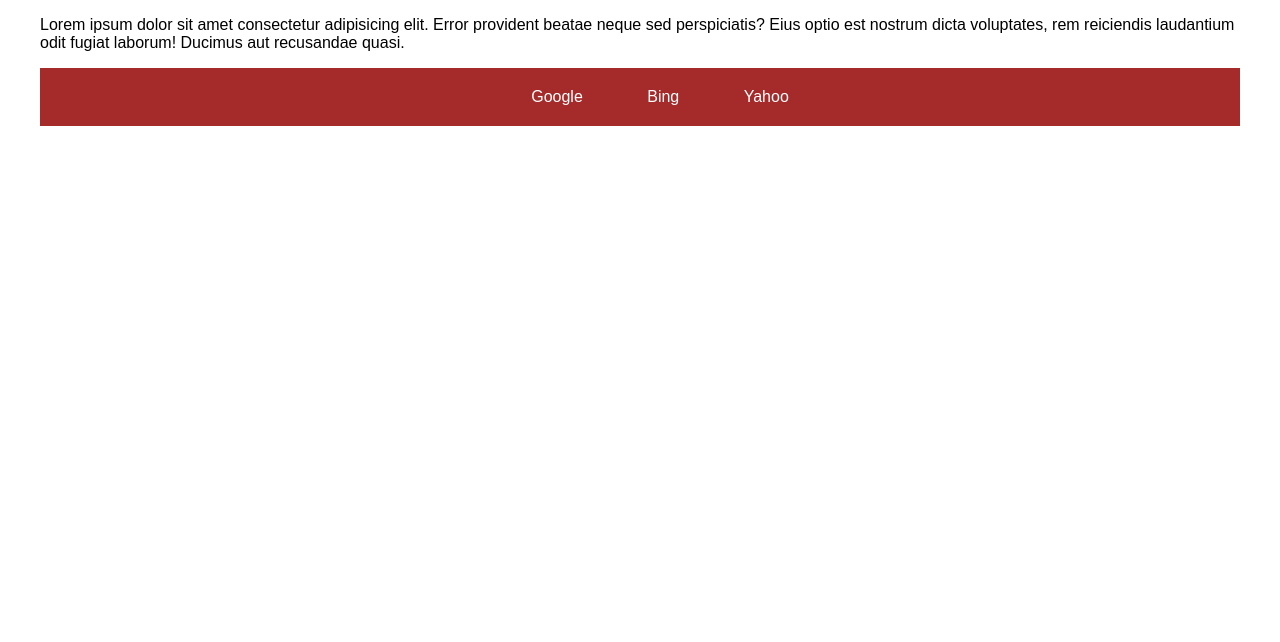
Repository: jyothika123/portfolio
Page: index.html
These files come from the project's save history. The page is drawn as it stood at one moment and after the next save; the edit follows.
The browser window is 1280 px wide. The pictures show the whole page.

Above is the page before, as saved 2024-09-22 12:38:04.

After the next save:
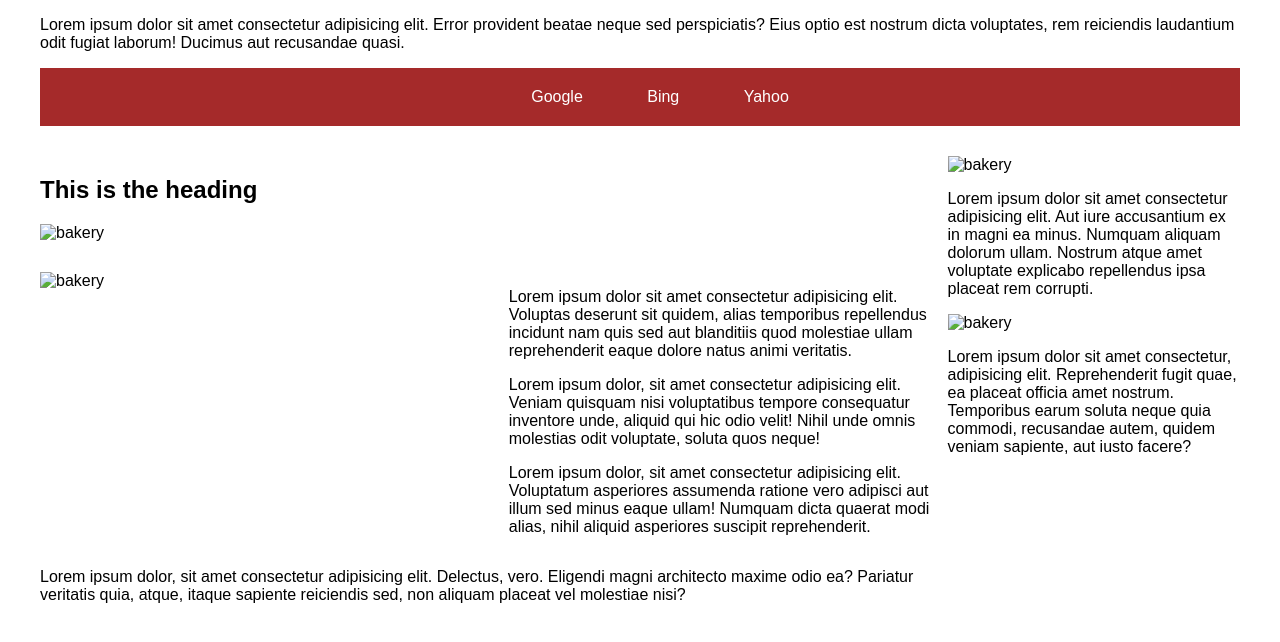
Not found: images/bak.jpg
Not found: images/bak2.jpg
Not found: images/bakery2.jpg
Saved 74 min 14 s later.
--- a/index.html
+++ b/index.html
@@ -3,7 +3,7 @@
 <head>
     <meta charset="UTF-8">
     <meta name="viewport" content="width=device-width, initial-scale=1.0">
-    <title>Resume</title>
+    <title>Jyothika Ganga Dayal</title>
     <link rel="stylesheet" href="./css/style.css">
 </head>
 <body class="container">
@@ -24,7 +24,29 @@
         </ul>
     </nav>
     <main>
-
+        <section class="box4">
+            <div>
+                <h1>This is the heading</h1>
+                <img src="images/bak.jpg" alt="bakery">
+                <section class="box1">
+                    <div>
+                        <img src="images/bakery2.jpg" alt="bakery">
+                    </div>
+                    <div>
+                        <p>Lorem ipsum dolor sit amet consectetur adipisicing elit. Voluptas deserunt sit quidem, alias temporibus repellendus incidunt nam quis sed aut blanditiis quod molestiae ullam reprehenderit eaque dolore natus animi veritatis.</p>
+                        <p>Lorem ipsum dolor, sit amet consectetur adipisicing elit. Veniam quisquam nisi voluptatibus tempore consequatur inventore unde, aliquid qui hic odio velit! Nihil unde omnis molestias odit voluptate, soluta quos neque!</p>
+                        <p>Lorem ipsum dolor, sit amet consectetur adipisicing elit. Voluptatum asperiores assumenda ratione vero adipisci aut illum sed minus eaque ullam! Numquam dicta quaerat modi alias, nihil aliquid asperiores suscipit reprehenderit.</p>
+                    </div>
+                </section>
+                <p>Lorem ipsum dolor, sit amet consectetur adipisicing elit. Delectus, vero. Eligendi magni architecto maxime odio ea? Pariatur veritatis quia, atque, itaque sapiente reiciendis sed, non aliquam placeat vel molestiae nisi?</p>
+            </div>
+            <div>
+                <img src="images/bak2.jpg" alt="bakery">
+                <p>Lorem ipsum dolor sit amet consectetur adipisicing elit. Aut iure accusantium ex in magni ea minus. Numquam aliquam dolorum ullam. Nostrum atque amet voluptate explicabo repellendus ipsa placeat rem corrupti.</p>
+                <img src="images/bak2.jpg" alt="bakery">
+                <p>Lorem ipsum dolor sit amet consectetur, adipisicing elit. Reprehenderit fugit quae, ea placeat officia amet nostrum. Temporibus earum soluta neque quia commodi, recusandae autem, quidem veniam sapiente, aut iusto facere?</p>
+            </div>
+        </section>
     </main>
 </body>
 </html>
